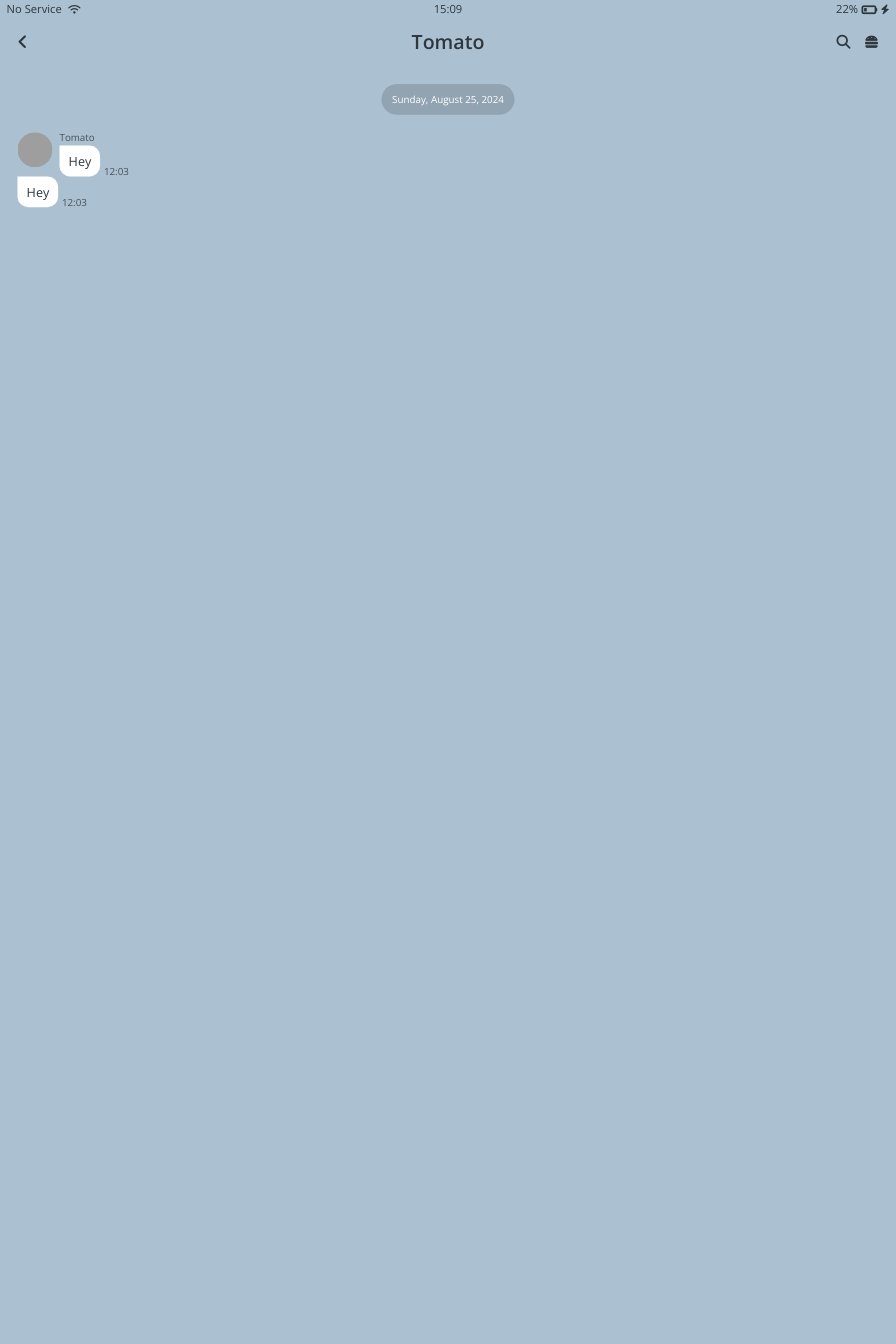
Repository: mjey14/kokoa-clone-2024-08
Page: chat.html
An editor plug-in stored every save of this project. The page is shown before and after the next save, followed by the edit.
The browser window is 1280 px wide. The pictures show the part of the page from y = 0 to 1920 px (the page is 79320 px tall), at 70% of full size.
Pictures or frames that could not be fetched are drawn as grey boxes. Some web libraries are served in a nearby version.

Above is the page before, as saved 2024-08-25 20:57:46.

### chat.html
<!DOCTYPE html>
<html lang="en">
  <head>
    <link rel="stylesheet" href="css/styles.css" />
    <meta charset="UTF-8" />
    <meta name="viewport" content="width=device-width, initial-scale=1.0" />
    <title>Chat w/ Tomato - KokoaClone</title>
  </head>
  <body id="chat-screen">
    <div class="status-bar" id="chat-screen__status-bar">
      <div class="status-bar__column">
        <span>No Service</span>
        <i class="fa-solid fa-wifi fa-sm"></i>
      </div>
      <div class="status-bar__column">
        <span>15:09</span>
      </div>
      <div class="status-bar__column">
        <span>22%</span>
        <i class="fa-solid fa-battery-quarter fa-lg"></i>
        <i class="fa-solid fa-bolt fa-sm"></i>
      </div>
    </div>

    <header class="alt-header">
      <div class="alt-header__column">
        <a href="chats.html"><i class="fa-solid fa-angle-left fa-xl"></i></a>
      </div>
      <div class="alt-header__column">
        <h1 class="alt-header__title">Tomato</h1>
      </div>
      <div class="alt-header__column">
        <span><i class="fa-solid fa-magnifying-glass fa-lg"></i></span>
        <span><i class="fa-solid fa-burger fa-lg"></i></span>
      </div>
    </header>

    <main class="main-screen main-chat">
      <div class="chat__timestamp">Sunday, August 25, 2024</div>
      <div class="message-row">
        <img
          src="https://www.heddensofwoodtown.co.uk/wp-content/uploads/2020/05/tomatoes_opt.jpg"
        />
        <div class="message-row__content">
          <span class="message__author">Tomato</span>
          <div class="message__info">
            <span class="message__bubble">Hey</span>
            <span class="message__time">12:03</span>
          </div>
        </div>
      </div>
      <div class="message-row message-row--own">
        <div class="message-row__content">
          <div class="message__info">
            <span class="message__bubble">Hey</span>
            <span class="message__time">12:03</span>
          </div>
        </div>
      </div>
    </main>

    <script
      src="https://kit.fontawesome.com/2eddee84de.js"
      crossorigin="anonymous"
    ></script>
  </body>
</html>

### css/styles.css
@import url("https://fonts.googleapis.com/css2?family=Open+Sans:ital,wght@0,300..800;1,300..800&display=swap");
@import "reset.css";
@import "variables.css";

/* Components */
@import "components/status-bar.css";
@import "components/nav-bar.css";
@import "components/screen-header.css";
@import "components/user-component.css";
@import "components/badge.css";
@import "components/icon-row.css";
@import "components/alt-screen-header.css";

/* Screens */
@import "screens/login.css";
@import "screens/friends.css";
@import "screens/find.css";
@import "screens/more.css";
@import "screens/settings.css";
@import "screens/chat.css";

body {
  font-family: "Open Sans", sans-serif;
  color: #2e363e;
}

.main-screen {
  padding: 0px var(--horizontal-space);
}

### css/components/status-bar.css
.status-bar {
  display: flex;
  justify-content: center;
  padding: 5px 3px;
  position: fixed;
  top: 0px;
  width: 100%;
  box-sizing: content-box;
}

.status-bar__column {
  width: 33%;
}

.status-bar__column:first-child span {
  margin-right: 5px;
}

.status-bar__column:nth-child(2) {
  display: flex;
  justify-content: center;
}

.status-bar__column:last-child {
  display: flex;
  justify-content: flex-end;
  align-items: center;
}

.status-bar__column .fa-battery-quarter {
  margin: 0px 5px;
}

### css/components/nav-bar.css
.nav {
  position: fixed;
  bottom: 0px;
  width: 100%;
  background-color: #f9f9fa;
  padding: 20px 50px;
  box-sizing: border-box;
  border-top: var(--main-border);
}

.nav__list {
  display: flex;
  justify-content: space-between;
}

.nav__link {
  color: #2e363e;
  position: relative;
}

.nav__notification {
  position: absolute;
  left: 20px;
  bottom: 15px;
}

.nav__newbadge {
  background-color: tomato;
  width: 5px;
  height: 5px;
  border-radius: 50%;
  display: flex;
  justify-content: center;
  align-items: center;
  position: absolute;
  left: 30px;
  bottom: 30px;
}

### css/components/screen-header.css
.screen-header {
  display: flex;
  justify-content: space-between;
  align-items: center;
  padding: var(--horizontal-space);
  margin-top: 20px;
  margin-bottom: 15px;
}

.screen-header__title {
  font-size: 32px;
  font-weight: 600;
}

.screen-header__icons span {
  margin-left: 25px;
}

.screen-header__icons {
  position: relative;
}

.screen-header__newbadge {
  background-color: tomato;
  width: 5px;
  height: 5px;
  border-radius: 50%;
  display: flex;
  justify-content: center;
  align-items: center;
  position: absolute;
  right: -5px;
  top: -5px;
}

### css/components/user-component.css
.user-component {
  justify-content: space-between;
  margin-bottom: 25px;
}

.user-component,
.user-component__column:first-child {
  display: flex;
  align-items: center;
}

.user-component__avatar {
  width: 70px;
  height: 70px;
  border: 1px solid rgba(0, 0, 0, 0.1);
  border-radius: 27px;
  margin-right: 20px;
}

.user-component__title {
  font-weight: 600;
  font-size: 22px;
}

.user-component__subtitle {
  margin-top: 8px;
  font-size: 17px;
  color: var(--gray);
}

.user-component__subtitle i {
  color: var(--gray);
  margin-left: 2px;
}

.user-component__avatar--xl {
  width: 80px;
  height: 80px;
}

.user-component__avatar--sm {
  width: 60px;
  height: 60px;
  border-radius: 25px;
}

.user-component__title--not-bold {
  font-weight: 400;
}

.user-component__column:last-child {
  color: var(--gray);
  display: flex;
  flex-direction: column;
  align-items: end;
}

.user-component__time {
  margin-bottom: 5px;
  display: block;
}

### css/components/badge.css
.badge {
  background-color: tomato;
  color: white;
  font-weight: 600;
  width: 25px;
  height: 25px;
  border-radius: 50%;
  display: flex;
  justify-content: center;
  align-items: center;
}

### css/components/alt-screen-header.css
.alt-header {
  padding: var(--horizontal-space);
  margin-top: 20px;
  margin-bottom: 15px;
  display: flex;
  align-items: center;
  justify-content: center;
}

.alt-header__column {
  width: 33%;
}

.alt-header__title {
  font-size: 28px;
  font-weight: 600;
}

.alt-header__column:first-child {
  margin-right: auto;
}

.alt-header__column:nth-child(2) {
  text-align: center;
}

.alt-header__column:last-child {
  margin-left: auto;
  display: flex;
  justify-content: flex-end;
}

.alt-header__column span:last-child {
  margin-left: 20px;
}

### css/screens/login.css
.welcome-header {
  margin: 90px 0px;
  text-align: center;
  display: flex;
  flex-direction: column;
  align-items: center;
}

.welcome-header__title {
  margin-bottom: 20px;
  font-size: 25px;
}

.welcome-header__text {
  width: 60%;
  opacity: 0.7;
}

#login-form {
  display: flex;
  flex-direction: column;
  margin: 0px 30px;
}

#login-form input {
  border: none;
  padding: 15px 0px;
  font-size: 18px;
  margin-bottom: 25px;
}

#login-form input:not([type="submit"]) {
  border-bottom: 1px solid rgba(0, 0, 0, 0.2);
  transition: border-color 0.3s ease-in-out;
}

#login-form input::placeholder {
  color: rgba(0, 0, 0, 0.4);
}

#login-form input:focus {
  border-color: var(--yellow);
}

#login-form input[type="submit"] {
  background-color: var(--yellow);
  cursor: pointer;
  padding: 15px 0px;
  border-radius: 5px;
}

#login-form a {
  text-align: center;
  text-decoration: none;
  color: inherit;
  font-size: 13px;
}

### css/screens/friends.css
#friends-display-link {
  text-align: center;
  display: block;
  background-color: #fafafa;
  padding: 15px 0px;
  font-size: 18px;
  margin-bottom: 25px;
  margin-top: -10px;
}

#friends-display-link i {
  color: rgba(0, 0, 0, 0.3);
}

.friends-screen {
  padding: 0px var(--horizontal-space);
}

.friends-screen__channel {
  border-top: var(--main-border);
  padding-top: 25px;
}

.friends-screen__channel-header {
  margin-bottom: 25px;
  display: flex;
  justify-content: space-between;
  color: var(--gray);
  font-size: 14px;
}

### css/screens/find.css
.recommended-friends {
  margin: 25px 0px;
  padding: 25px 0px;
  border-top: var(--main-border);
  border-bottom: var(--main-border);
}

.recommended-friends__title {
  font-size: 14px;
  color: var(--gray);
}

.recommended-friends span {
  display: block;
  margin: 100px 0px;
  text-align: center;
  font-size: 16px;
  color: var(--gray);
}

.open-chat__header {
  display: flex;
  justify-content: space-between;
  font-size: 14px;
  color: var(--gray);
  margin-bottom: 25px;
}

.open-chat__header span {
  opacity: 0.8;
}

.open-post {
  display: flex;
  justify-content: space-between;
  align-items: center;
}

.open-post__title {
  font-weight: 600;
  margin-bottom: 10px;
}

.open-post__hashtags {
  text-transform: uppercase;
  color: var(--gray);
}

.open-post__members {
  margin-top: 7px;
  display: flex;
  align-items: center;
}

.open-post__members img {
  width: 15px;
  height: 15px;
  border-radius: 50%;
  margin-right: 5px;
}

.open-post__members-count {
  color: var(--gray);
  font-size: 14px;
}

.open-post__members .divider {
  width: 1px;
  height: 12px;
  margin: 0px 5px;
  background-color: var(--gray);
}

.open-post__members-status {
  color: #ffb0e0;
}

.open-post__photo {
  position: relative;
}

.open-post__photo img {
  width: 120px;
  height: 120px;
  border-radius: 10px;
}

.open-post__heart-count {
  background-color: rgba(0, 0, 0, 0.5);
  color: white;
  padding: 5px;
  border-radius: 20px;
  display: flex;
  align-items: center;
  position: absolute;
  bottom: 10px;
  right: 10px;
  font-size: 14px;
}

.open-post__heart-count span {
  margin-left: 5px;
  margin-right: 2px;
}

### css/screens/more.css
.more-screen .icon-row {
  margin-bottom: 40px;
}

.more-suggestions {
  margin-top: 50px;
  border-top: var(--main-border);
  padding-top: 40px;
}

.more-suggestions__title {
  margin-bottom: 30px;
}

.more-suggestions__icons {
  display: flex;
}

.more-suggestions__icon {
  margin-right: 30px;
  display: flex;
  flex-direction: column;
  align-items: center;
}

.more-suggestions__icon-image {
  width: 60px;
  height: 60px;
  background-color: var(--yellow);
  border-radius: 10px;
  display: flex;
  justify-content: center;
  align-items: center;
  margin-bottom: 10px;
}

.more-suggestions__icon-image i {
  font-size: 32px;
  color: white;
}

### css/screens/settings.css
.settings__setting {
  padding: 20px 0px;
  border-bottom: 1px solid rgba(0, 0, 0, 0.1);
  font-size: 18px;
  display: flex;
  align-items: center;
  justify-content: space-between;
}

.settings__setting i {
  opacity: 0.8;
  margin-right: 20px;
  font-size: 20px;
}

.settings__setting-column:last-child {
  opacity: 0.7;
}

### css/screens/chat.css
#chat-screen {
  background-color: #abc1d1;
  height: 11000vh;
}

#chat-screen .alt-header,
#chat-screen .status-bar {
  top: 0;
  position: fixed;
  width: 100%;
  background-color: #abc1d1;
  box-sizing: border-box;
}

#chat-screen .status-bar {
  z-index: 2;
}

#chat-screen__status-bar {
  background-color: #abc1d1;
}

#chat-screen .alt-header {
  position: fixed;
  width: 100%;
  top: 0;
  box-sizing: border-box;
  background-color: #abc1d1;
  z-index: 1;
}

.main-chat {
  margin-top: 150px;
}

.main-chat {
  margin-top: 120px;
  display: flex;
  flex-direction: column;
  align-items: center;
}

.chat__timestamp {
  color: white;
  background-color: #92a4b2;
  padding: 15px;
  font-size: 14px;
  border-radius: 25px;
  margin-bottom: 25px;
}

.message-row {
  width: 100%;
  display: flex;
}

.message-row img {
  width: 50px;
  height: 50px;
  border-radius: 50%;
  margin-right: 10px;
}

.message__author {
  margin-bottom: 5px;
  display: block;
}

.message__info {
  display: flex;
  align-items: flex-end;
}

.message__bubble {
  background-color: white;
  padding: 13px;
  font-size: 18px;
  border-radius: 15px;
  border-top-left-radius: 0px;
  margin-right: 5px;
}

.message__time,
.message__author {
  opacity: 0.8;
  font-size: 14px;
}

Loaded but not shown: css/reset.css (common file); css/variables.css (common file); css/components/icon-row.css (common file)

After the next save:
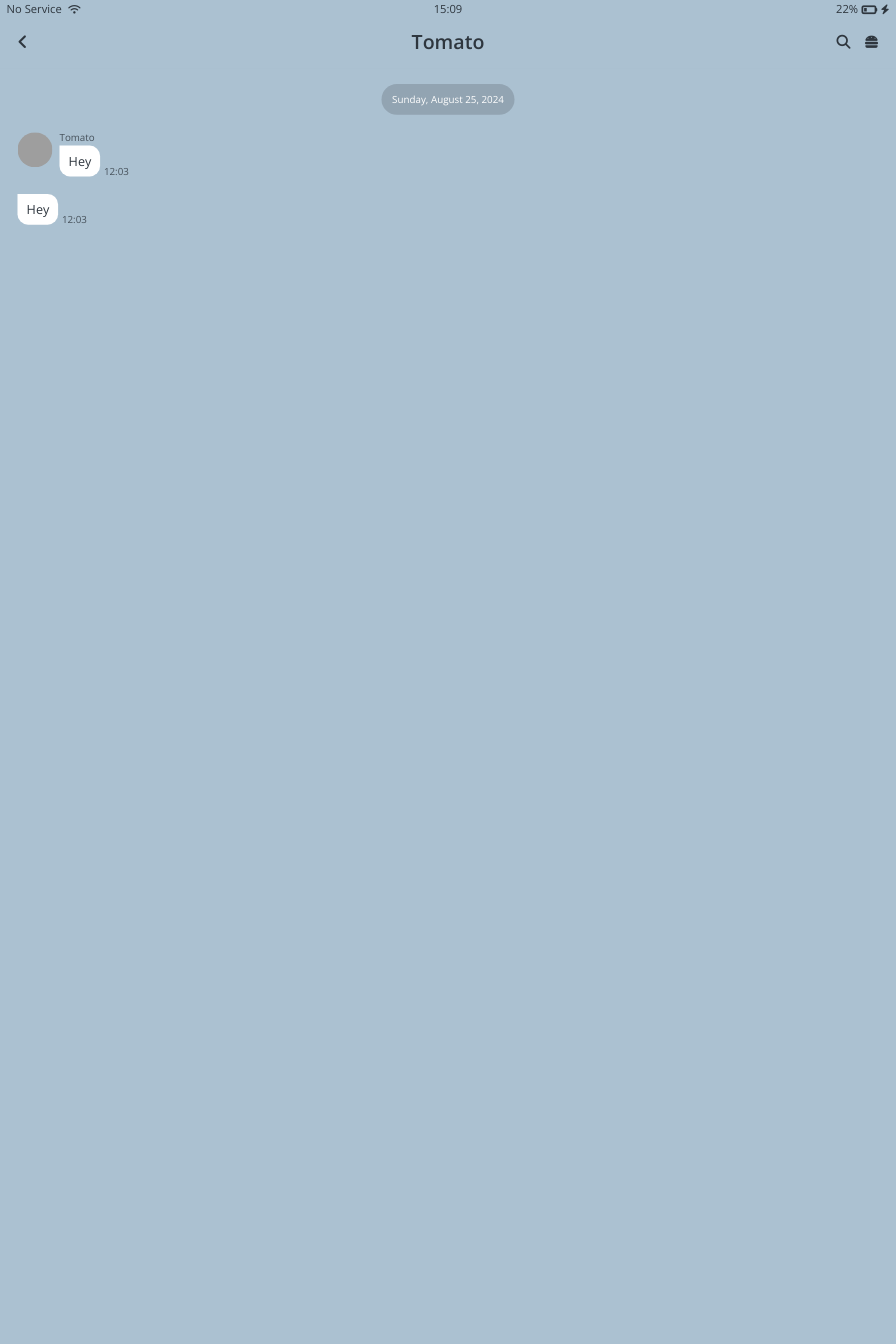
Saved 19 s later.
--- a/css/screens/chat.css
+++ b/css/screens/chat.css
@@ -52,6 +52,7 @@
 .message-row {
   width: 100%;
   display: flex;
+  margin-bottom: 25px;
 }
 
 .message-row img {
